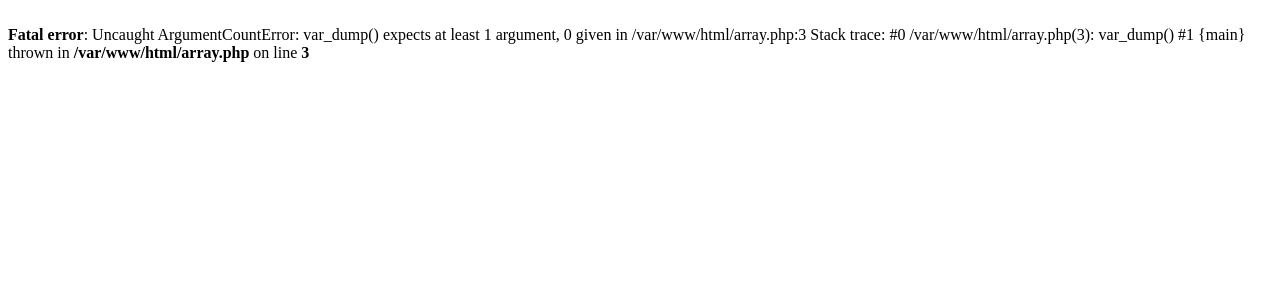
Repository: nobuakimomoi/gs_code
Page: http://localhost/array.php
These files come from the project's save history. The page is drawn as it stood at one moment and after the next save; the edit follows.
The browser window is 1280 px wide. The pictures show the whole page.
The page is run by PHP 8.4 with error messages shown; the project is at /var/www/html/.

Above is the page before, as saved 2019-01-12 17:02:06.

After the next save:
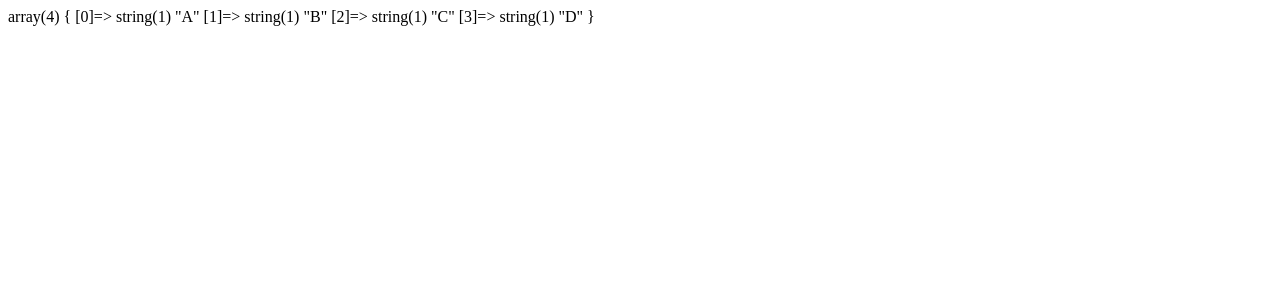
Saved 16 s later.
--- a/php01/array.php
+++ b/php01/array.php
@@ -1,5 +1,5 @@
 <?php
 $array = array("A", "B", "C", "D");
-var_dump ()
+var_dump ($array);
 
 ?>
